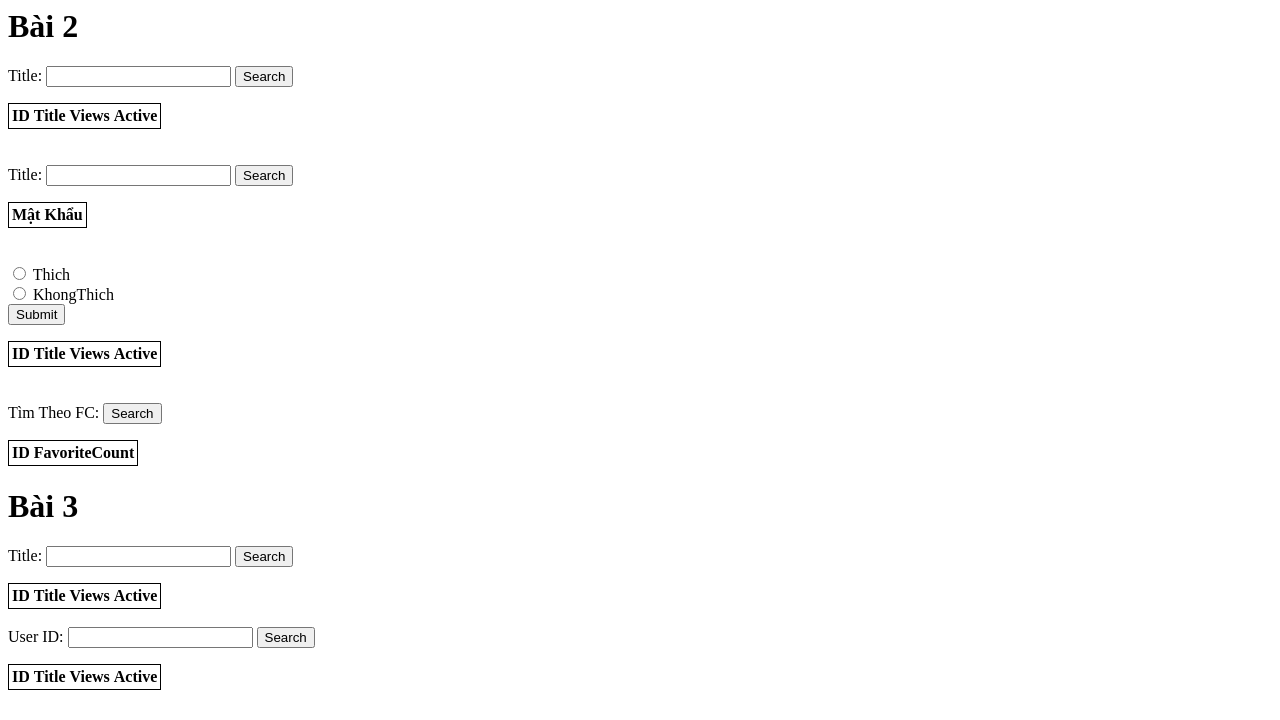
Repository: Hacorbie/Java-Servlet
Page: http://localhost/ASM_JV4/views/NewFile.jsp
The author's editor kept a copy of each file at every save. The page is drawn from the files as they stood at one save, then again after the next save.
The browser window is 1280 px wide. The pictures show the whole page.
The page is served by Tomcat 9. The template is opened directly, without the code that normally fills it, so the values that code supplies are empty.

Above is the page before, as saved 2023-04-05 07:56:38.

After the next save:
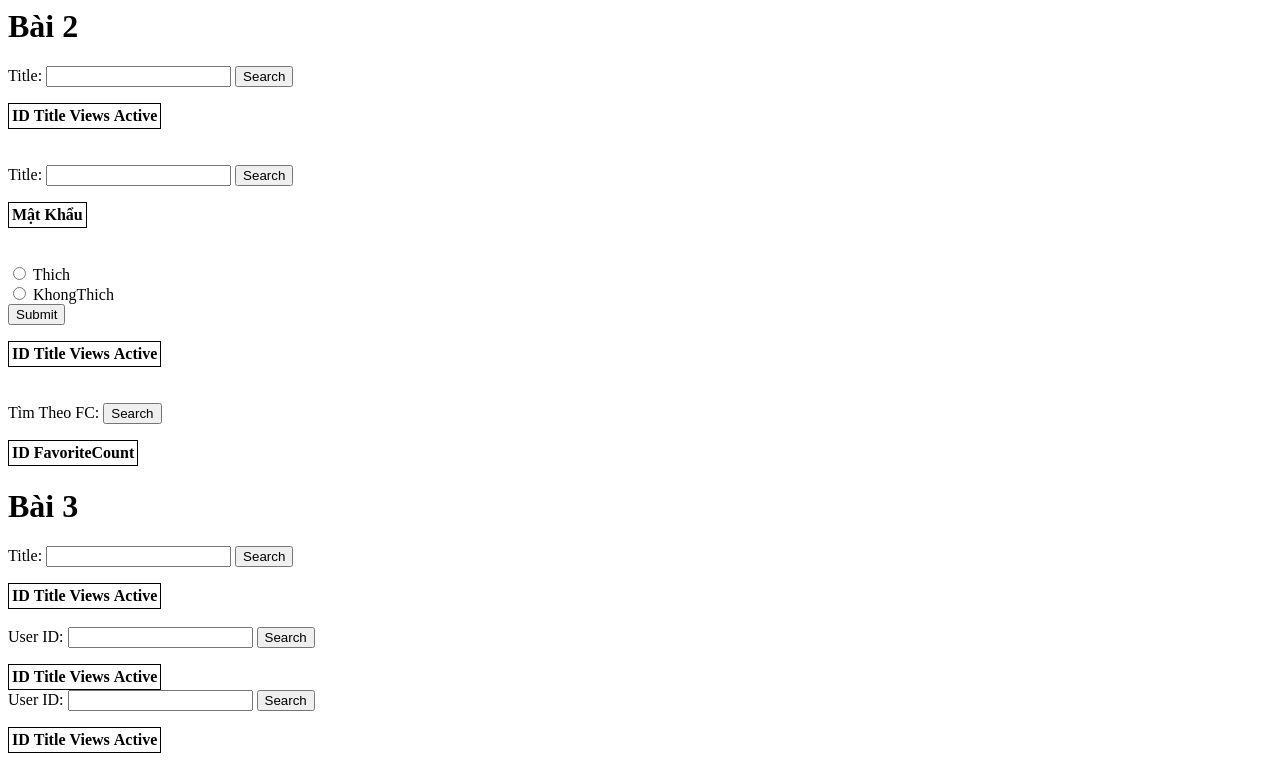
Saved 118 s later.
--- a/ASM_JV4/src/main/webapp/views/NewFile.jsp
+++ b/ASM_JV4/src/main/webapp/views/NewFile.jsp
@@ -157,5 +157,29 @@
 			</c:forEach>
 		</tbody>
 	</table>
+	<form action="${url}/SearchVidByU" method="POST">
+		<label>User ID:</label> <input type="text" name="searchvivi">
+		<button type="submit">Search</button>
+	</form>
+	<table style="border: 1px solid black">
+		<thead>
+			<tr>
+				<th>ID</th>
+				<th>Title</th>
+				<th>Views</th>
+				<th>Active</th>
+			</tr>
+		</thead>
+		<tbody>
+			<c:forEach items="${vivis}" var="vivi">
+				<tr>
+					<td>${vivi.id}</td>
+					<td>${vivi.title}</td>
+					<td>${vivi.views}</td>
+					<td>${vivi.active}</td>
+				</tr>
+			</c:forEach>
+		</tbody>
+	</table>
 </body>
 </html>
